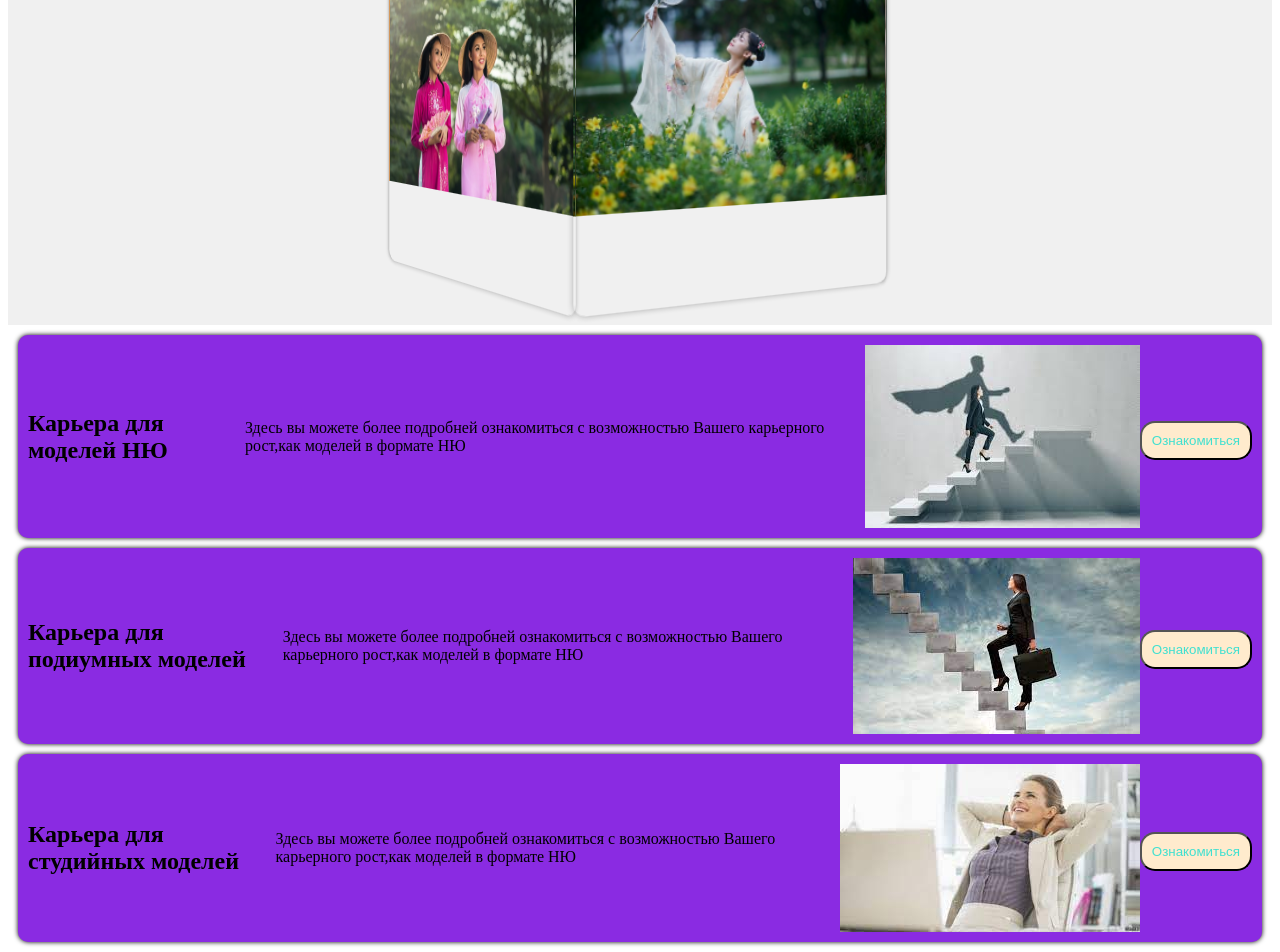
Repository: qtqqrdy13/model-studio
Page: index.html
These files come from the project's save history. The page is drawn as it stood at one moment and after the next save; the edit follows.
The browser window is 1280 px wide. The pictures show the part of the page from y = 2193 to 3145 px (the page is 3145 px tall).
A picture or video elsewhere on the page could not be fetched, so the positions and the page height are approximate.

Above is the page before, as saved 2023-09-01 13:08:24.

### index.html
<!DOCTYPE html>
<html lang="RU">

<head>
    <meta charset="UTF-8">
    <meta name="viewport" content="width=device-width, initial-scale=1.0">
    <title>model studio</title>
    <link rel="stylesheet" type="text/css" href="style.css">
</head>

<body>
    <header class="header">
        <div class="conteiner">
            <div class="header_inner">
                <div class="header_logo">
                    MS15
                </div>
                <nav class="nav">
                    <a class="nav_link" href="#">Про нас</a>
                    <a class="nav_link" href="#">Для моделей</a>
                    <a class="nav_link" href="#">Галерея</a>
                    <a class="nav_link" href="#">Карьера</a>
                    <a class="nav_link" href="#">Услуги</a>
                    <a class="nav_link" href="#">Контакты</a>
                </nav>
            </div>
        </div>
    </header>

    <div class="intro">
         <div class="intro__inner">
            <h2 class="intro_suptitle">
                Добро пожаловать!
            </h2>
            <h1 class="intro_title">
                На наш сайт
            </h1>
                    <a class="button">
                        Читать далее
                    </a>
        </div>
        <img src="../java/img/ответственная-стильная-девушка-отдающая-приветствие-слушая-порядок-217387674.webp" alt="">

    </div>
     <div id="about_us">
        <div class="announcement">
            <h2 class="title">
                Про нас
            </h2>
        </div>
    </div>
    <div class="welcome_conteiner">
        <div class="text_content">
            <h1>
                МЫ СУПЕР НОВАЯ КРУТАЯ МОДЕЛЬНАЯ СТУДИЯ
            </h1>
            <p>
                Lorem ipsum dolor sit amet consectetur adipiscing elit mollis interdum, ac parturient magnis ultricies congue gravida nulla vivamus sem, purus maecenas id vestibulum odio aptent facilisis ante. Finibus mi enim porta tristique ipsum conubia viverra bibendum praesent, rhoncus pellentesque senectus vestibulum odio ornare curabitur feugiat nec dictum, montes nascetur fringilla netus efficitur himenaeos elementum facilisis. Amet purus commodo vel nullam vulputate non mi sagittis ac, malesuada vehicula varius phasellus tristique tempor ullamcorper facilisis, sem quisque morbi consequat curae imperdiet eros libero.
            </p>
            <a class="clicker" href="#">
                Читать дальше
            </a>
        </div>
        <div class="image_content">
            <img src="../ргн.png">
        </div>
    </div>
    <div id="for_models">
        <div class="announcement">
            <h2 class="title">
                Для моделей
            </h2>
        </div>
    </div>
    <div class="wrapper">
        <div class="block">
            <img src="../java/img/Без названия (1).jpg">
            <div class="information">
                <h1>
                    Хочу Вас познакомить с шикарными девушками которые готовы работать в формате nu.
                </h1>
                <p>
                    Тыкайте сюда.
                </p>
                <a href="#" class="btn">
                    Далее
                </a>
            </div>
        </div>
        <div class="block">
            <img src="../java/img/Без названия (2).jpg">
            <div class="information">
                <h1>
                    Хочу Вас познакомить с шикарными девушками которые готовы работать в формате nu.
                </h1>
                <p>
                    Тыкайте сюда.
                </p>
                <a href="#" class="btn">
                    Далее
                </a>
            </div>
        </div>
        <div class="block">
            <img src="../java/img/Без названия (3).jpg">
            <div class="information">
                <h1>
                    Хочу Вас познакомить с шикарными девушками которые готовы работать в формате nu.
                </h1>
                <p>
                    Тыкайте сюда.
                </p>
                <a href="#" class="btn">
                    Далее
                </a>
            </div>
        </div>
        <div class="block">
            <img src="../java/img/images.jpg">
            <div class="information">
                <h1>
                    Хочу Вас познакомить с шикарными девушками которые готовы работать в формате nu.
                </h1>
                <p>
                    Тыкайте сюда.
                </p>
                <a href="#" class="btn">
                    Далее
                </a>
            </div>
        </div>
        <div class="block">
            <img src="../java/img/images (1).jpg">
            <div class="information">
                <h1>
                    Хочу Вас познакомить с шикарными девушками которые готовы работать в формате nu.
                </h1>
                <p>
                    Тыкайте сюда.
                </p>
                <a href="#" class="btn">
                    Далее
                </a>
            </div>
        </div>
        <div class="block">
            <img src="../java/img/images (2).jpg">
            <div class="information">
                <h1>
                    Хочу Вас познакомить с шикарными девушками которые готовы работать в формате nu.
                </h1>
                <p>
                    Тыкайте сюда.
                </p>
                <a href="#" class="btn">
                    Далее
                </a>
            </div>
        </div>
    </div>
    <div id="gallery">
        <div class="announcement">
            <h2 class="title">
                Галерея
            </h2>
        </div>
    </div>
    <div class="carusel-conteiner">
        <div class="carusel">
            <div class="slide">
                <img src="../java/img/q.webp">
            </div>
              <div class="slide">
                <img src="../java/img/w.jpg">
              </div>
                <div class="slide">
                    <img src="../java/img/e.jpg">
                </div>
                <div class="slide">
                    <img src="../java/img/r.jpg">
                </div>
                <div class="slide">
                    <img src="../java/img/t.jpg">
                </div>
            </div>
        </div>
    </div>
    <div class="suction">
        <div class="category">
            <h2>
                Карьера для моделей НЮ
            </h2>
            <p>
                Здесь вы можете более подробней ознакомиться с возможностью Вашего карьерного рост,как моделей в формате НЮ
            </p>
            <img src="../java/img/kariera2.jpg" alt="image1">
            <button class="baton">
                Ознакомиться
            </button>
        </div>
        <div class="category">
            <h2>
                Карьера для подиумных моделей
            </h2>
            <p>
                Здесь вы можете более подробней ознакомиться с возможностью Вашего карьерного рост,как моделей в формате НЮ
            </p>
            <img src="../java/img/kariera.jpg" alt="image2">
            <button class="baton">
                Ознакомиться
            </button>
        </div>
        <div class="category">
            <h2>
                Карьера для студийных моделей
            </h2>
            <p>
                Здесь вы можете более подробней ознакомиться с возможностью Вашего карьерного рост,как моделей в формате НЮ
            </p>
            <img src="../java/img/kariera3.jpg" alt="image3">
            <button class="baton">
                Ознакомиться
            </button>
        </div>
    </div>
</body>

</html>

### style.css
.header {
    background-color: burlywood;
    color: black;
    padding: 5px;
}

.conteiner {
    max-width: 1200px;
    margin: 0 auto;
}

.header_inner {
    display: flex;
    justify-content: space-between;
    align-items: center;
}

.header_logo {
    font-size: 24px;
    font-weight: bold;
}

.nav {
    display: flex;
}

.nav_link {
    margin-left: 30px;
    text-decoration: none;
    color: black;
    transition: color 0.3s ease;
    align-items: flex-end;
    justify-content: space-between;
}

.nav_link:hover {
    color: crimson;
    font-size: 20px;

}
.nav_link::before{
    position:absolute;
    width: 100%;
    background-color:deeppink;
    transform: scaleX(0);
    transition: transform 0.3s ease;

}
.nav.link:hover::before{
    transform:scaleX(1);
}
.announcement{
    height: 3px;
    background-color:darkmagenta;
    display:flex;
    justify-content:center;
    align-items:center;
    margin:2% 2%;
}
.title{
    animation-name:fade-in;
    animation-duration: 0.3s;
    text-align:center;
    text-decoration: none;
    color:black;
    background-color: red;
    border-radius:30px;
    padding: 10px 50px;
}
.title:hover{
    background-color: cadetblue;
    color:coral;
    font-size:24px;
}
@keyframes fade-in {
    from{
        opacity:0;
    }
to{
    opacity:1;
}
}
.intro{
    position:relative;
    width: 100%;
    height: auto;
    display:flex;
    align-items:center;
    justify-content:center;
    overflow:hidden;



}
.intro img{
    width: 100%;
    height:auto;
    top:0;
    left:0;
    animation:fade-in 1s ease-in-out;
    z-index: -1;
    position:relative;
display: inline-block;

}
.intro__inner{
    text-align:center;
    z-index: 1;
    position:absolute;
    top:50%;
    left:50%;
    transform:translate(-50% -50%);



}
.intro_suptitle{
    font-size:24px;
    color:aqua;
    margin-bottom:20px;

}
.intro_title{
    font-size:18px;
    color:blanchedalmond;
    margin-bottom:20px;
}
.button{
    display: inline-block;
    padding: 10px 18px;
    background-color:azure;
    color:fuchsia;
    font-size:16px;
    text-decoration: none;
    border-radius:5px;
}
.button:hover{
    background-color:antiquewhite;
    color:beige;
    font-size:24px;
}
@keyframes fade-in {
    from{
        opacity: 0;
    }
    to{
        opacity: 1;
    }

}
.wrapper{
    display:flex;
    flex-wrap: wrap;
    justify-content: space-evenly;
    margin-top: 5%;

}

.block{
    width: calc(30.33% - 20px);
    margin:10px;
    position:relative;
    overflow:hidden;
    border-radius:10px;
    box-shadow: 0 0 5px black;



}
.block:hover{
  box-shadow: 0 0 10px black;
  transform:scale(0.9);
}
.block:hover img{
    transform:scale(1.1);
}
.block img{
    width: 100%;
    height: auto;
    object-fit: cover;

}
.information{
position:absolute;
bottom:0;
left:0;
width: 100%;
padding:15px;
background-color:grey;
color:red;
opacity: 0;
transition: opacity 0.3s ease-in-out;
}
.information h1, p{
    margin:0;
    padding:0;
}
.block:hover .information{
    opacity:1;
}
.btn{
    display:inline-block;
    padding:10px 20px;
    background-color:brown;
    color:navy;
    text-decoration: none;
    border-radius:15px;
    margin-top:5px;
}
.btn:hover{
    background-color:green;
    color:pink;

}
.carusel-conteiner {
    perspective: 1000px;
    display: flex;
    justify-content: center;
    align-items: center;
    height: 75vh;
    background-color: #f0f0f0;
    margin-top:5%;
  }

  .carusel {
    width: 300px;
    height: 300px;
    position: relative;
    margin: auto;
    transform-style: preserve-3d;
    animation: rotate 15s infinite linear;
    transform: translateZ(-200px);
  }

  .slide {
    width: 293px;
    height: 350px;
    position: absolute;
    display: flex;
    justify-content: center;
    align-items: center;
    background-color: #f0f0f0;
    box-shadow: 0px 0px 5px rgba(0, 0, 0, 0.3);
    transform-origin: center center;
    border-radius: 10px;
  }
  .slide img{
    max-width: 100%;
    max-height: 100%;

  }

  .slide:nth-child(1) { transform: rotateY(0deg) translateZ(200px); }
  .slide:nth-child(2) { transform: rotateY(72deg) translateZ(200px); }
  .slide:nth-child(3) { transform: rotateY(144deg) translateZ(200px); }
  .slide:nth-child(4) { transform: rotateY(216deg) translateZ(200px); }
  .slide:nth-child(5) { transform: rotateY(288deg) translateZ(200px); }

  @keyframes rotate {
    0%, 100% { transform: rotateY(0deg); }
    20% { transform: rotateY(-72deg); }
    40% { transform: rotateY(-144deg); }
    60% { transform: rotateY(-216deg); }
    80% { transform: rotateY(-288deg); }
  }
  .welcome_conteiner{
    display: flex;
    align-items: center;
    justify-content: space-between;
    max-width: 1200px;
    margin:0 auto;
    padding: 50px;
    background-color:bisque;
    box-shadow: 0px 3px 10px black;
    font-family: 'Gill Sans', 'Gill Sans MT', Calibri, 'Trebuchet MS', sans-serif;
  }
  .text-content{
    flex:1;
    padding:20px;
  }
  .text-content h1{
    font-size:36px;
    margin-bottom:10px;
  }
  .text-content p{
    font-size:18px;
    color:darkblue;
    margin-bottom:20px;
  }
  .clicker{
    display:inline-block;
    padding:10px 20px;
    background-color:navy;
    border-radius:5px;
    color:gold;
    text-decoration:none;
    transition:background-color 0.3s ease;
    margin-top:20px;
  }
  .clicker:hover{
    background-color:gold;
    color:navy;
  }
  .image_content{
    max-width: 100%;
    height: auto;
    animation: floatAnimation 0.3s infinite;
  }
@keyframes floatAnimation {
    0%, 100%{
        transform: translateY(0);
    }
    50%{
        transform:translateY(-10px);
    }

}
@media (max-width:768px){
    .welcome_conteiner{
        flex-direction: column;
        text-align:center;
    }
    .image_content{
        margin-top:20px;
    }
}
.category{
    display:flex;
    background-color:blueviolet;
    align-items:center;
    justify-content:center;
    margin:10px;
    padding:10px;
    box-shadow: 0 0 5px black;
    border-radius:10px;

}
.baton{
    display: inline-block;
    background-color:blanchedalmond;
    color:turquoise;
    border-radius:15px;
    margin-top:7px;
    padding:10px 10px;
}
    .baton:hover{
        background-color:turquoise;
        color:blanchedalmond;

    }
 .p{
    padding: 10px 10px;
 }

After the next save:
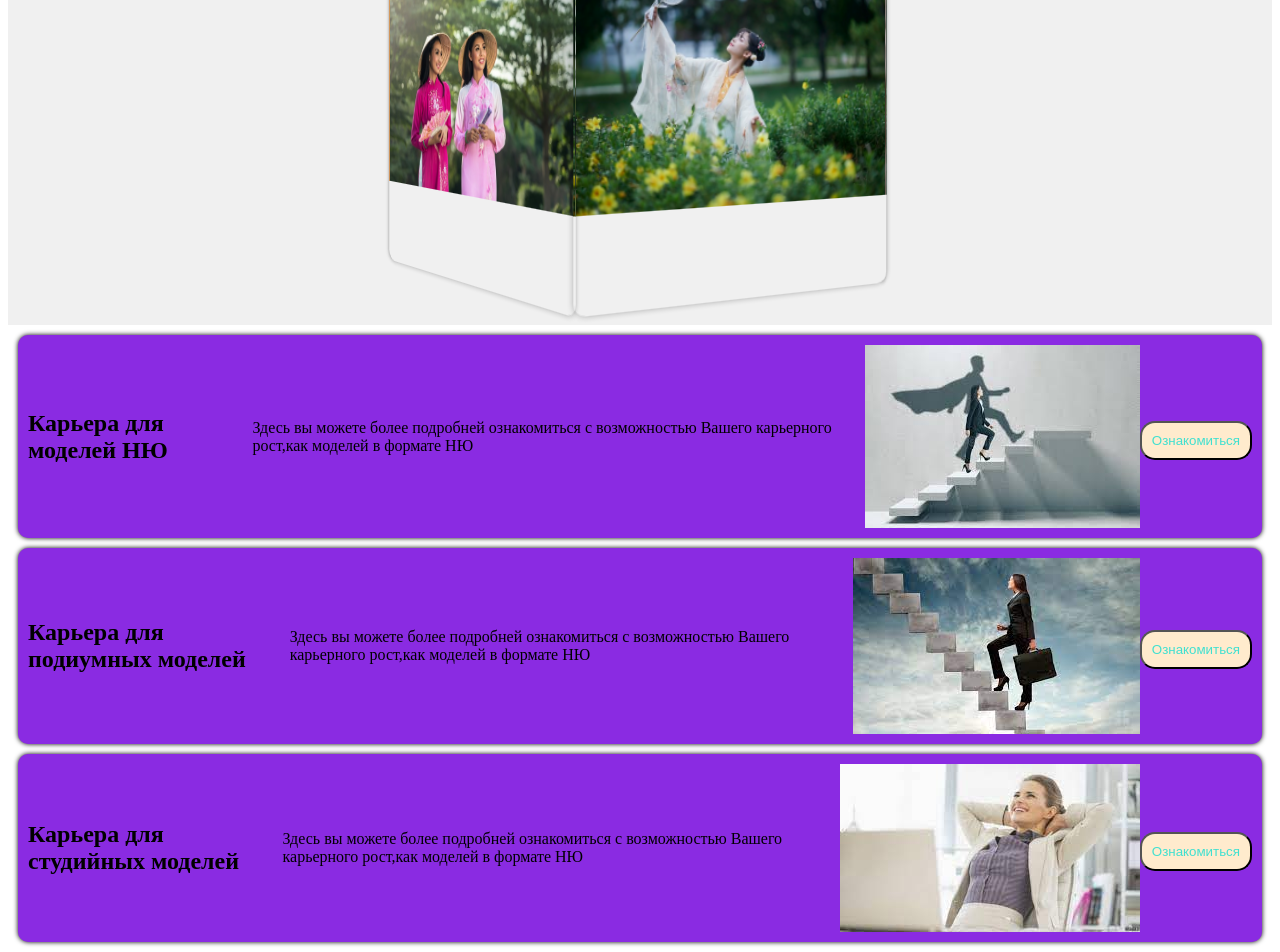
Saved 44 s later.
--- a/style.css
+++ b/style.css
@@ -348,6 +348,6 @@ transition: opacity 0.3s ease-in-out;
         color:blanchedalmond;
 
     }
- .p{
-    padding: 10px 10px;
+ .category p{
+    margin-left: 10px;
  }
